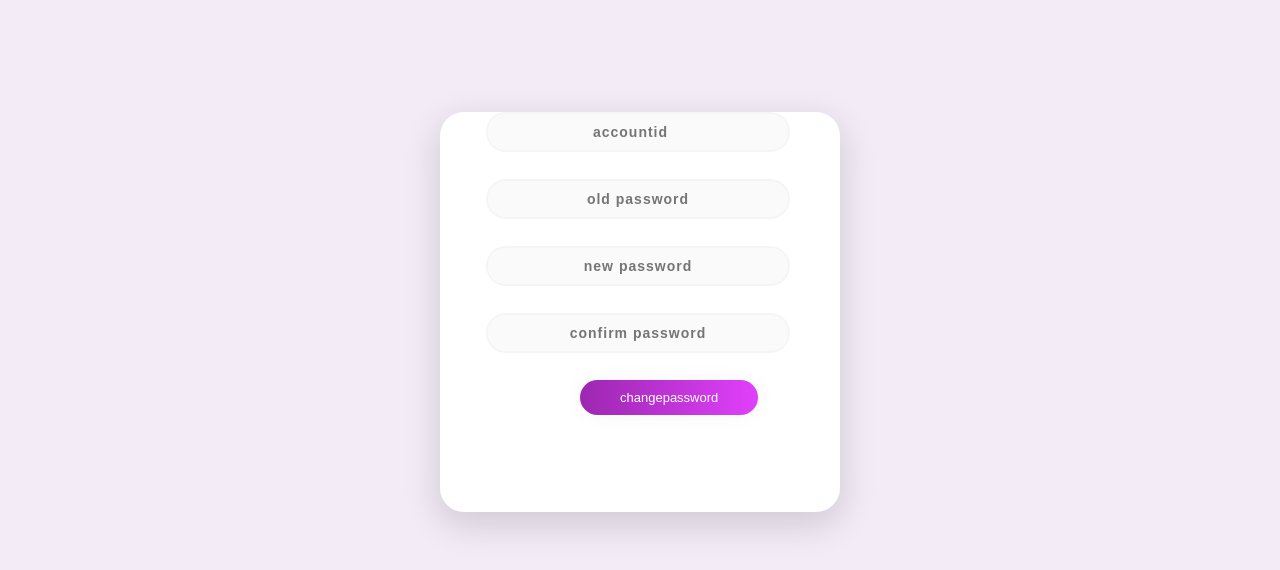
Repository: anujs099/bankingapp
Page: banking-application-final/WebContent/changepassword.html
The author's editor kept a copy of each file at every save. The page is drawn from the files as they stood at one save, then again after the next save.
The browser window is 1280 px wide. The pictures show the whole page.

Above is the page before, as saved 2021-03-07 14:51:24.

### banking-application-final/WebContent/changepassword.html
<!DOCTYPE html>
<html>
<head>
<meta charset="ISO-8859-1">
<title>Insert title here</title>
<link rel="stylesheet" href="LoginFile.css">
</head>
<body>
<div class="main">


<form action="changepassword" method="post">
<input type="number" placeholder="accountid" name="accountid" class="un"><br>
<input type="text" placeholder="old password" name="oldpassword" class="un"><br>
<input type="text" placeholder="new password" name="newpassword" class="un"><br>
<input type="text" placeholder="confirm password" name="confirmpassword" class="un"><br>
<input type="submit" value="changepassword" class="submit">
</form>


</div>
</body>
</html>

### banking-application-final/WebContent/LoginFile.css
@charset "ISO-8859-1";
 body {
        background-color: #F3EBF6;
        font-family: 'Ubuntu', sans-serif;
    }

    .main {
        background-color: #FFFFFF;
        width: 400px;
        height: 400px;
        margin: 7em auto;
        border-radius: 1.5em;
        box-shadow: 0px 11px 35px 2px rgba(0, 0, 0, 0.14);
    }

    .sign {
        padding-top: 40px;
        color: #8C55AA;
        font-family: 'Ubuntu', sans-serif;
        font-weight: bold;
        font-size: 23px;
    }

    .un {
    width: 76%;
    color: rgb(38, 50, 56);
    font-weight: 700;
    font-size: 14px;
    letter-spacing: 1px;
    background: rgba(136, 126, 126, 0.04);
    padding: 10px 20px;
    border: none;
    border-radius: 20px;
    outline: none;
    box-sizing: border-box;
    border: 2px solid rgba(0, 0, 0, 0.02);
    margin-bottom: 50px;
    margin-left: 46px;
    text-align: center;
    margin-bottom: 27px;
    font-family: 'Ubuntu', sans-serif;
    }

    form.form1 {
        padding-top: 40px;
    }

    .pass {
            width: 76%;
    color: rgb(38, 50, 56);
    font-weight: 700;
    font-size: 14px;
    letter-spacing: 1px;
    background: rgba(136, 126, 126, 0.04);
    padding: 10px 20px;
    border: none;
    border-radius: 20px;
    outline: none;
    box-sizing: border-box;
    border: 2px solid rgba(0, 0, 0, 0.02);
    margin-bottom: 50px;
    margin-left: 46px;
    text-align: center;
    margin-bottom: 27px;
    font-family: 'Ubuntu', sans-serif;
    }


    .un:focus, .pass:focus {
        border: 2px solid rgba(0, 0, 0, 0.18) !important;

    }

    .submit {
      cursor: pointer;
        border-radius: 5em;
        color: #fff;
        background: linear-gradient(to right, #9C27B0, #E040FB);
        border: 0;
        padding-left: 40px;
        padding-right: 40px;
        padding-bottom: 10px;
        padding-top: 10px;
        font-family: 'Ubuntu', sans-serif;
        margin-left: 35%;
        font-size: 13px;
        box-shadow: 0 0 20px 1px rgba(0, 0, 0, 0.04);
    }

    .forgot {
        text-shadow: 0px 0px 3px rgba(117, 117, 117, 0.12);
        color: #E1BEE7;
        padding-top: 15px;
    }

    a {
        text-shadow: 0px 0px 3px rgba(117, 117, 117, 0.12);
        color: #E1BEE7;
        text-decoration: none
    }

    @media (max-width: 600px) {
        .main {
            border-radius: 0px;
        }

    }

After the next save:
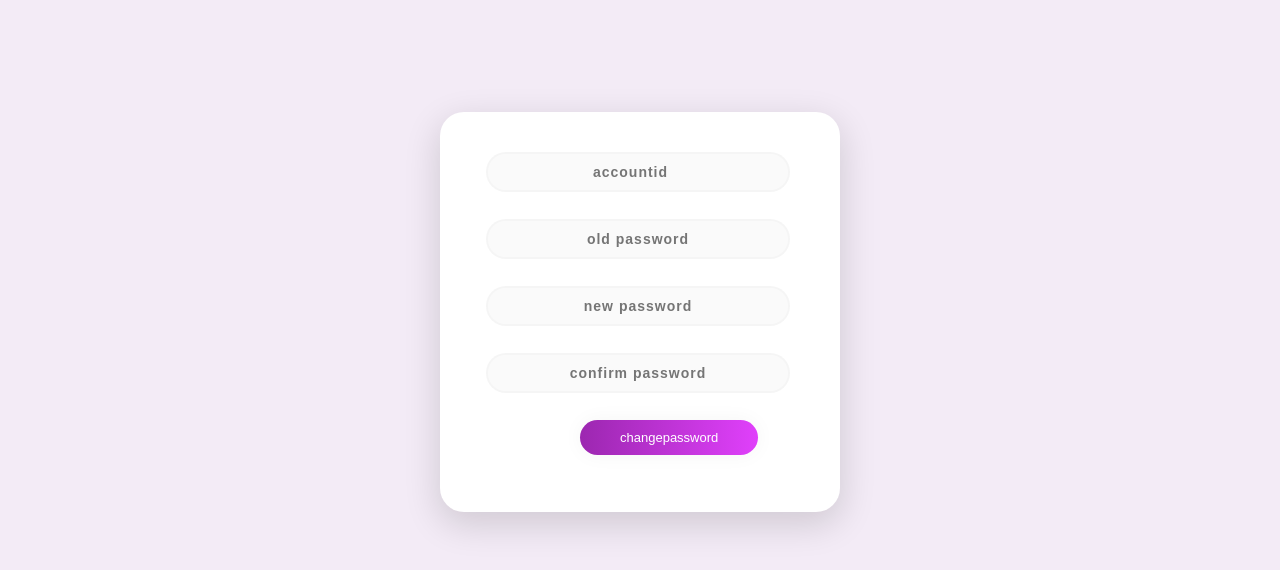
Saved 52 s later.
--- a/banking-application-final/WebContent/changepassword.html
+++ b/banking-application-final/WebContent/changepassword.html
@@ -9,7 +9,7 @@
 <div class="main">
 
 
-<form action="changepassword" method="post">
+<form action="changepassword" method="post" class="form1">
 <input type="number" placeholder="accountid" name="accountid" class="un"><br>
 <input type="text" placeholder="old password" name="oldpassword" class="un"><br>
 <input type="text" placeholder="new password" name="newpassword" class="un"><br>
